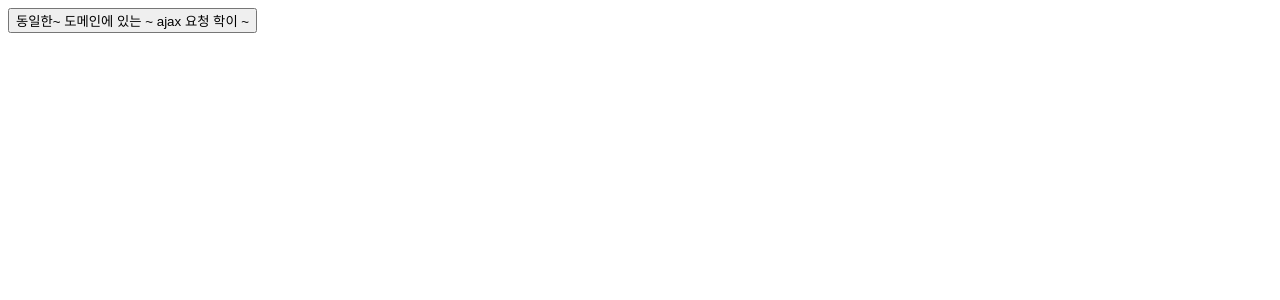
Repository: ahyeonyy/spring_study
Page: jsopTest/src/main/resources/static/jsonpTest.html
These files come from the project's save history. The page is drawn as it stood at one moment and after the next save; the edit follows.
The browser window is 1280 px wide. The pictures show the whole page.

Above is the page before, as saved 2023-07-17 07:42:53.

### jsopTest/src/main/resources/static/jsonpTest.html
<!DOCTYPE html>
<html>
<head>
<meta charset="UTF-8">
<title>Insert title here</title>
<script src="https://code.jquery.com/jquery-3.7.0.min.js"></script>
<script>
	$(function(){
		$("#btnSame").click(function(){
			$.ajax({url:"/getMember",
			success:function(data){
				alert(data);
			}})
		})
	})
</script>
</head>
<body>
<button id="btnSame">동일한~ 도메인에 있는 ~ ajax 요청 학이 ~ </button>
</body>
</html>

After the next save:
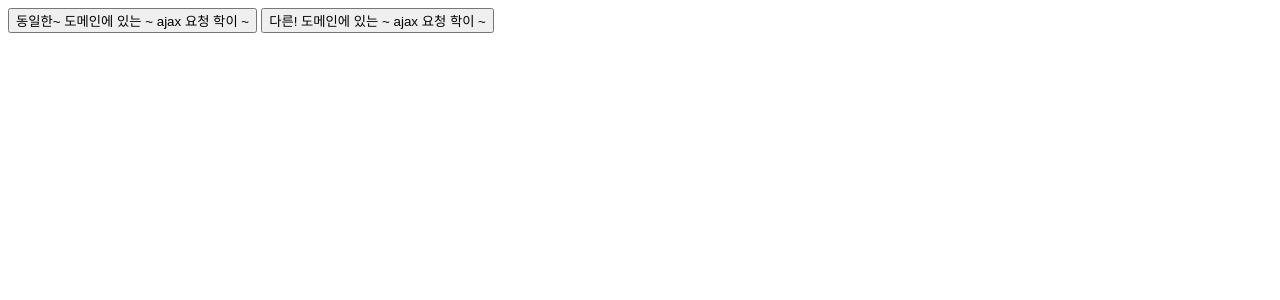
Saved 35 s later.
--- a/jsopTest/src/main/resources/static/jsonpTest.html
+++ b/jsopTest/src/main/resources/static/jsonpTest.html
@@ -12,10 +12,17 @@
 				alert(data);
 			}})
 		})
+		$("#btnOther").click(function(){
+			$.ajax({url:"/getMember",
+			success:function(data){
+				alert(data);
+			}})
+		})
 	})
 </script>
 </head>
 <body>
 <button id="btnSame">동일한~ 도메인에 있는 ~ ajax 요청 학이 ~ </button>
+<button id="btnOther">다른! 도메인에 있는 ~ ajax 요청 학이 ~ </button>
 </body>
 </html>
